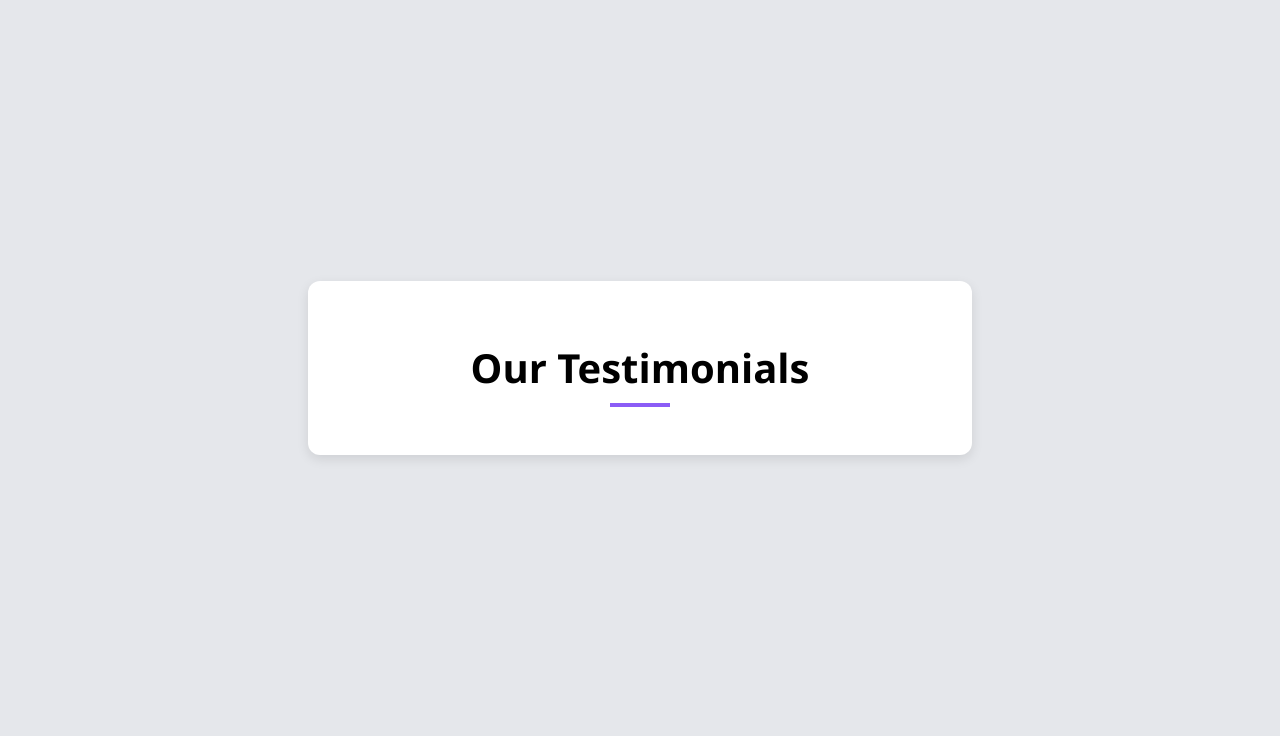
Repository: ayushrajput545/Testimonial_web
Page: index.html
The author's editor kept a copy of each file at every save. The page is drawn from the files as they stood at one save, then again after the next save.
The browser window is 1280 px wide. The pictures show the whole page.

Above is the page before, as saved 2025-04-17 12:31:14.
Console error: TypeError: Cannot read properties of null (reading 'addEventListener')

### index.html
<!DOCTYPE html>
<html lang="en">
<head>
  <meta charset="UTF-8" />
  <meta name="viewport" content="width=device-width, initial-scale=1.0"/>
  <title>Testimonials Carousel</title>

  <!-- Swiper CSS -->
  <link
    rel="stylesheet"
    href="https://cdn.jsdelivr.net/npm/swiper@11/swiper-bundle.min.css"
  />

  <!-- Font Awesome -->
  <link
    rel="stylesheet"
    href="https://cdnjs.cloudflare.com/ajax/libs/font-awesome/6.5.0/css/all.min.css"
  />

  <link rel="stylesheet" href="style.css" />
</head>
<body>
  <div class="container">
    <h1>Our Testimonials</h1>
    <div class="underline"></div>

    <!-- Swiper -->
    <div class="swiper mySwiper">
      <div class="swiper-wrapper" id="testimonial-wrapper">
        <!-- Slides inserted by JS -->
      </div>

      <!-- Swiper Navigation Buttons -->
      <div class="swiper-button-next"></div>
      <div class="swiper-button-prev"></div>

      <!-- Pagination -->
      <div class="swiper-pagination"></div>
    </div>
  </div>

  <!-- Swiper JS -->
  <script src="https://cdn.jsdelivr.net/npm/swiper@11/swiper-bundle.min.js"></script>
  <script src="script.js"></script>
</body>
</html>

### style.css
body {
    font-family: 'Segoe UI', sans-serif;
    background-color: #e5e7eb;
    display: flex;
    justify-content: center;
    align-items: center;
    height: 100vh;
  }

  .container {
    background: #fff;
    padding: 2rem;
    border-radius: 12px;
    text-align: center;
    width: 90vw;
    max-width: 600px;
    box-shadow: 0 4px 12px rgba(0,0,0,0.1);
  }

  h1 {
    font-size: 2.5rem;
    margin-bottom: 0.5rem;
    font-weight: bold;
  }

  .underline {
    width: 60px;
    height: 4px;
    background: #8b5cf6;
    margin: 0 auto 1rem;
  }

  .testimonial {
    position: relative;
    padding: 1.5rem 1rem;
  }

  .img-container {
    position: relative;
    margin: 0 auto;
    width: 140px;
    height: 140px;
  }

  .img-container img {
    width: 100%;
    height: 100%;
    object-fit: cover;
    border-radius: 50%;
    position: relative;
    z-index: 2;
  }

  .img-background {
    position: absolute;
    top: -6px;
    left: 10px;
    width: 140px;
    height: 140px;
    border-radius: 50%;
    background-color: #8b5cf6;
    z-index: 1;
  }

  #author {
    margin-top: 1rem;
    font-weight: bold;
    font-size: 1.5rem;
    text-transform: capitalize;
  }

  #job {
    text-transform: uppercase;
    color: #c4b5fd;
    font-size: 0.9rem;
    margin: 0.5rem 0;
  }

  .quote-icon {
    color: #8b5cf6;
    font-size: 1.2rem;
    margin-top: 1rem;
  }

  #info {
    margin: 1rem 0;
    color: #64748b;
  }

  .buttons {
    display: flex;
    justify-content: center;
    gap: 1rem;
    margin-top: 1rem;
  }

  button {
    background: none;
    border: none;
    cursor: pointer;
    font-size: 1.5rem;
    color: #8b5cf6;
  }

  button:hover {
    color: #7c3aed;
  }

  .surprise-btn {
    background-color: #8b5cf6;
    color: white;
    border: none;
    padding: 0.6rem 1.5rem;
    margin-top: 1rem;
    border-radius: 6px;
    font-weight: bold;
    cursor: pointer;
    transition: background 0.3s ease;
  }

  .surprise-btn:hover {
    background-color: #7c3aed;
  }

### script.js
const reviews = [
    {
      id: 1,
      name: "Pranay Gupta",
      job: "Software Engineer",
      image: "https://aeccc.targettechnology.in/static/media/PranayGupta.f3c530b7630ba8efb2ab.jpg",
      text: "I have had the pleasure of working with this team on several projects, and I am consistently impressed with their technical expertise and ability to deliver quality solutions on time and within budget. They are a true partner and an asset to any project.",
    },
    {
      id: 2,
      name: "Abir Pal",
      job: "Graphic Designer",
      image: "https://aeccc.targettechnology.in/static/media/AbirPal.574a09ad7cb325853b29.jpg",
      text: "I have been working with this company for several years now, and I have always been impressed with their creativity and attention to detail. They are true professionals who take pride in their work and always go above and beyond to deliver exceptional results.",
    },
    {
      id: 3,
      name: "Soumya Banerjee",
      job: "Marketing Manager",
      image: "https://aeccc.targettechnology.in/static/media/SoumyaBanerjee.2e2521d6029842435080.jpg",
      text: "I am thrilled with the results of our recent marketing campaign, and it wouldn't have been possible without the hard work and dedication of the entire team. Thank you for your exceptional work!",
    },
  ];

  let currentIndex = 0;

  // DOM Elements
  const img = document.getElementById("person-img");
  const author = document.getElementById("author");
  const job = document.getElementById("job");
  const info = document.getElementById("info");

  const prevBtn = document.getElementById("prev-btn");
  const nextBtn = document.getElementById("next-btn");
  const randomBtn = document.getElementById("random-btn");

  function showPerson(index) {
    const person = reviews[index];
    img.src = person.image;
    author.textContent = person.name;
    job.textContent = person.job;
    info.textContent = person.text;
  }

  // Initial load
  window.addEventListener("DOMContentLoaded", () => {
    showPerson(currentIndex);
  });

  nextBtn.addEventListener("click", () => {
    currentIndex++;
    if (currentIndex > reviews.length - 1) {
      currentIndex = 0;
    }
    showPerson(currentIndex);
  });

  prevBtn.addEventListener("click", () => {
    currentIndex--;
    if (currentIndex < 0) {
      currentIndex = reviews.length - 1;
    }
    showPerson(currentIndex);
  });

  randomBtn.addEventListener("click", () => {
    let randomIndex = Math.floor(Math.random() * reviews.length);
    currentIndex = randomIndex;
    showPerson(currentIndex);
  });

After the next save:
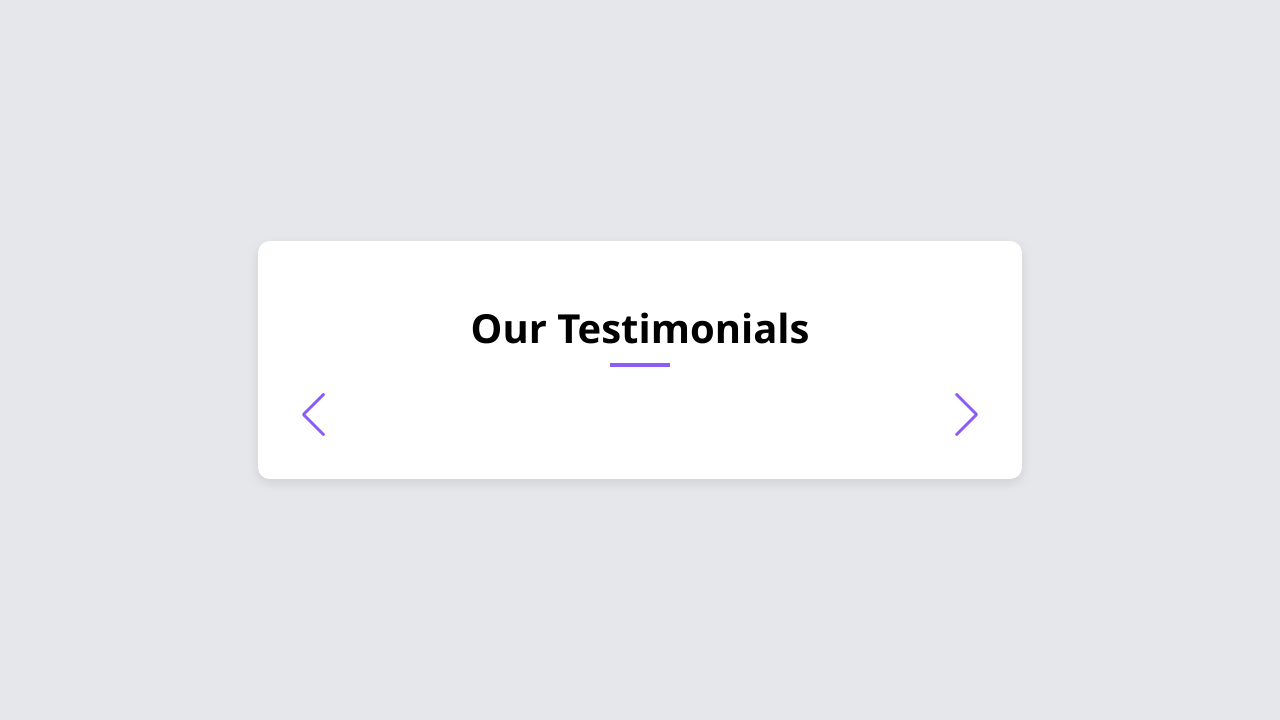
Saved 16 s later.
--- a/style.css
+++ b/style.css
@@ -1,6 +1,8 @@
 body {
     font-family: 'Segoe UI', sans-serif;
     background-color: #e5e7eb;
+    margin: 0;
+    padding: 0;
     display: flex;
     justify-content: center;
     align-items: center;
@@ -13,8 +15,8 @@ body {
     border-radius: 12px;
     text-align: center;
     width: 90vw;
-    max-width: 600px;
-    box-shadow: 0 4px 12px rgba(0,0,0,0.1);
+    max-width: 700px;
+    box-shadow: 0 4px 12px rgba(0, 0, 0, 0.1);
   }
 
   h1 {
@@ -30,23 +32,30 @@ body {
     margin: 0 auto 1rem;
   }
 
-  .testimonial {
-    position: relative;
-    padding: 1.5rem 1rem;
+  /* Swiper customization */
+  .swiper {
+    padding: 2rem 0;
+  }
+
+  .swiper-slide {
+    display: flex;
+    flex-direction: column;
+    align-items: center;
+    padding: 1.5rem;
   }
 
   .img-container {
     position: relative;
-    margin: 0 auto;
     width: 140px;
     height: 140px;
+    margin: 0 auto;
   }
 
   .img-container img {
     width: 100%;
     height: 100%;
+    border-radius: 50%;
     object-fit: cover;
-    border-radius: 50%;
     position: relative;
     z-index: 2;
   }
@@ -62,62 +71,39 @@ body {
     z-index: 1;
   }
 
-  #author {
+  .name {
     margin-top: 1rem;
     font-weight: bold;
     font-size: 1.5rem;
     text-transform: capitalize;
   }
 
-  #job {
+  .job {
     text-transform: uppercase;
     color: #c4b5fd;
     font-size: 0.9rem;
-    margin: 0.5rem 0;
+    margin: 0.3rem 0;
   }
 
   .quote-icon {
     color: #8b5cf6;
     font-size: 1.2rem;
-    margin-top: 1rem;
+    margin: 1rem 0 0.5rem;
   }
 
-  #info {
-    margin: 1rem 0;
+  .text {
     color: #64748b;
+    font-size: 0.95rem;
+    line-height: 1.4;
+    max-width: 90%;
   }
 
-  .buttons {
-    display: flex;
-    justify-content: center;
-    gap: 1rem;
-    margin-top: 1rem;
-  }
-
-  button {
-    background: none;
-    border: none;
-    cursor: pointer;
-    font-size: 1.5rem;
+  /* Swiper buttons */
+  .swiper-button-next,
+  .swiper-button-prev {
     color: #8b5cf6;
   }
 
-  button:hover {
-    color: #7c3aed;
+  .swiper-pagination-bullet-active {
+    background-color: #8b5cf6;
   }
-
-  .surprise-btn {
-    background-color: #8b5cf6;
-    color: white;
-    border: none;
-    padding: 0.6rem 1.5rem;
-    margin-top: 1rem;
-    border-radius: 6px;
-    font-weight: bold;
-    cursor: pointer;
-    transition: background 0.3s ease;
-  }
-
-  .surprise-btn:hover {
-    background-color: #7c3aed;
-  }
